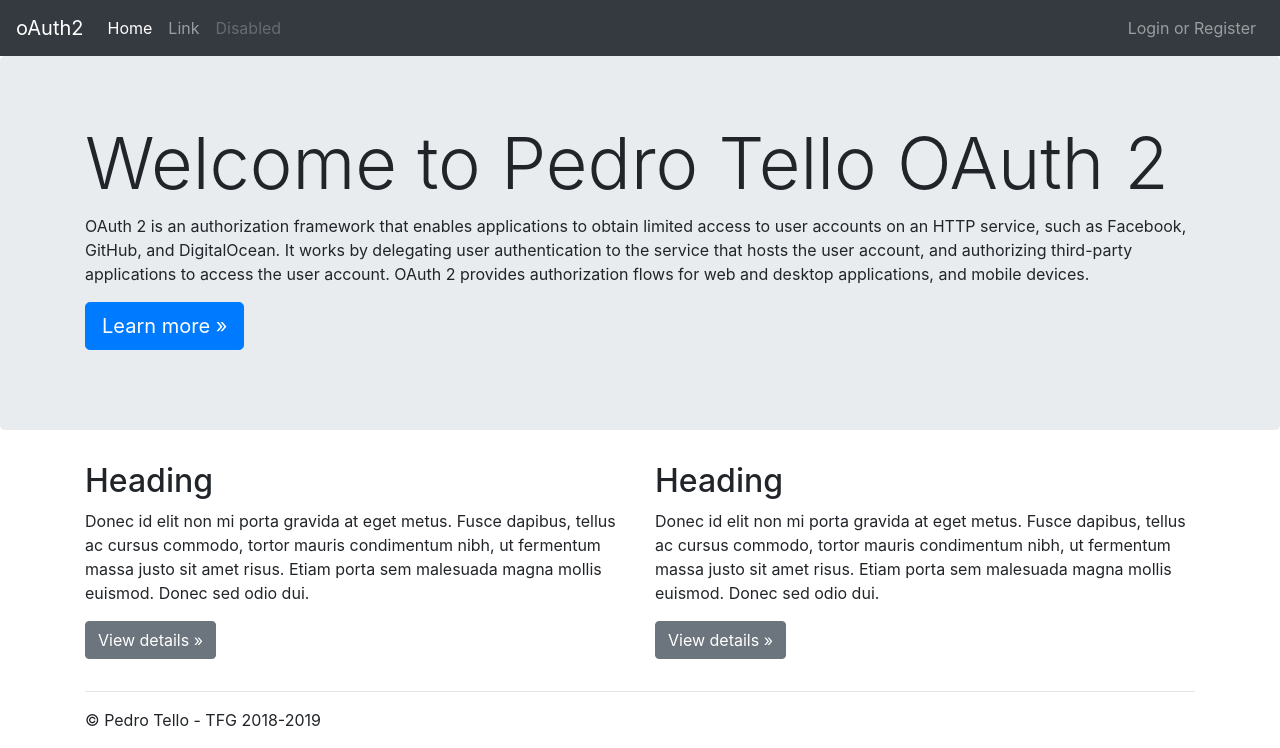
Repository: Xevit/eclipse-workspace
Page: AplicationOAuth2/src/main/webapp/index.html
The author's editor kept a copy of each file at every save. The page is drawn from the files as they stood at one save, then again after the next save.
The browser window is 1280 px wide. The pictures show the whole page.
Some web libraries are served in a nearby version.

Above is the page before, as saved 2018-08-20 21:19:17.

After the next save:
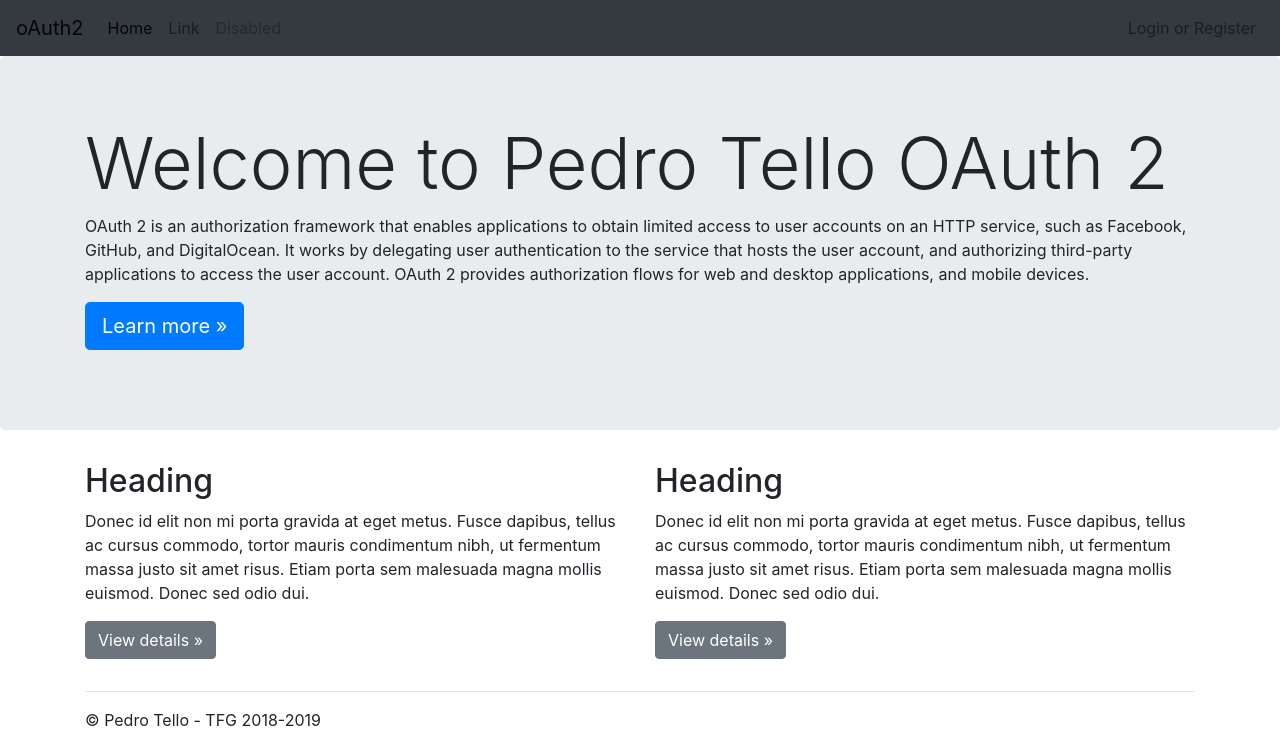
Saved 3 min 7 s later.
--- a/AplicationOAuth2/src/main/webapp/index.html
+++ b/AplicationOAuth2/src/main/webapp/index.html
@@ -6,7 +6,7 @@
     <link href="css/jumbotron.css" rel="stylesheet">
 </head>
 <body>
-<nav class="navbar navbar-expand-md navbar-dark fixed-top bg-dark">
+<nav class="navbar navbar-expand-md navbar-light fixed-top bg-dark">
       <a class="navbar-brand" href="#">oAuth2</a>
       <button class="navbar-toggler" type="button" data-toggle="collapse" data-target="#navbarsExampleDefault" aria-controls="navbarsExampleDefault" aria-expanded="false" aria-label="Toggle navigation">
         <span class="navbar-toggler-icon"></span>

After the save that followed:
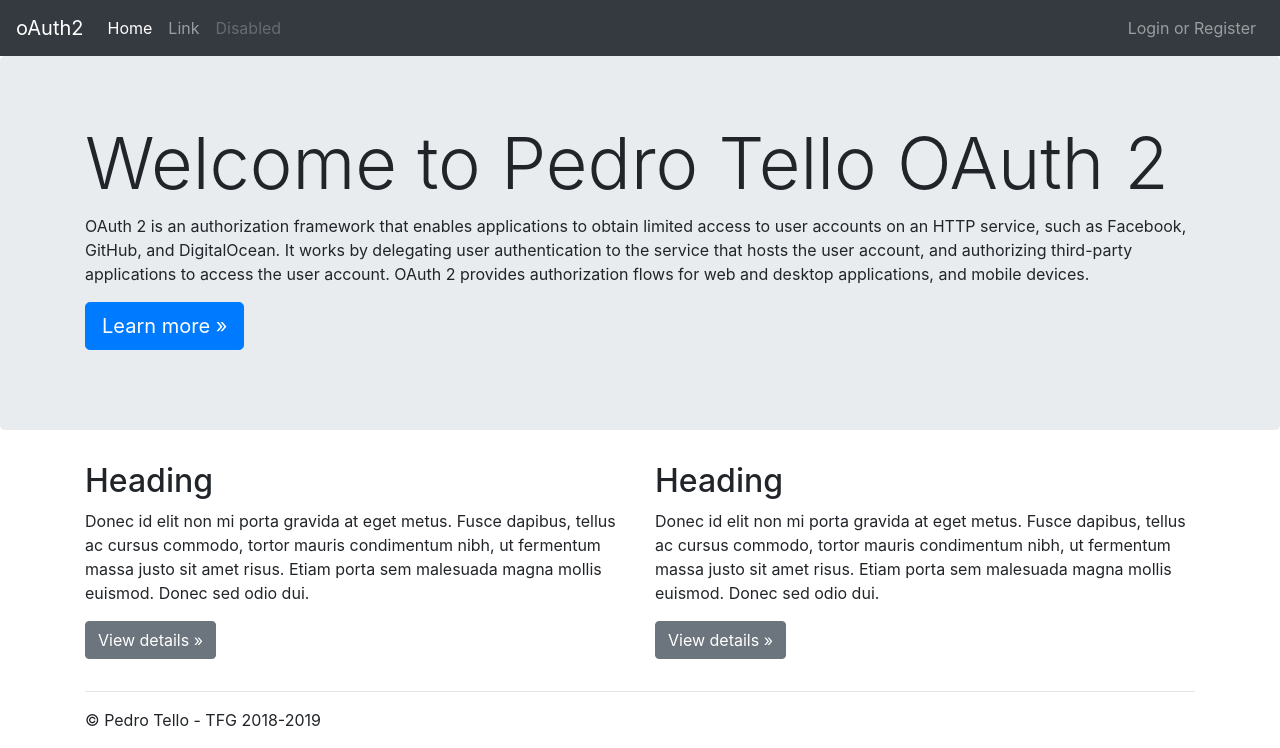
Saved 14 s later.
--- a/AplicationOAuth2/src/main/webapp/index.html
+++ b/AplicationOAuth2/src/main/webapp/index.html
@@ -6,7 +6,7 @@
     <link href="css/jumbotron.css" rel="stylesheet">
 </head>
 <body>
-<nav class="navbar navbar-expand-md navbar-light fixed-top bg-dark">
+<nav class="navbar navbar-expand-md navbar-dark fixed-top bg-dark">
       <a class="navbar-brand" href="#">oAuth2</a>
       <button class="navbar-toggler" type="button" data-toggle="collapse" data-target="#navbarsExampleDefault" aria-controls="navbarsExampleDefault" aria-expanded="false" aria-label="Toggle navigation">
         <span class="navbar-toggler-icon"></span>
